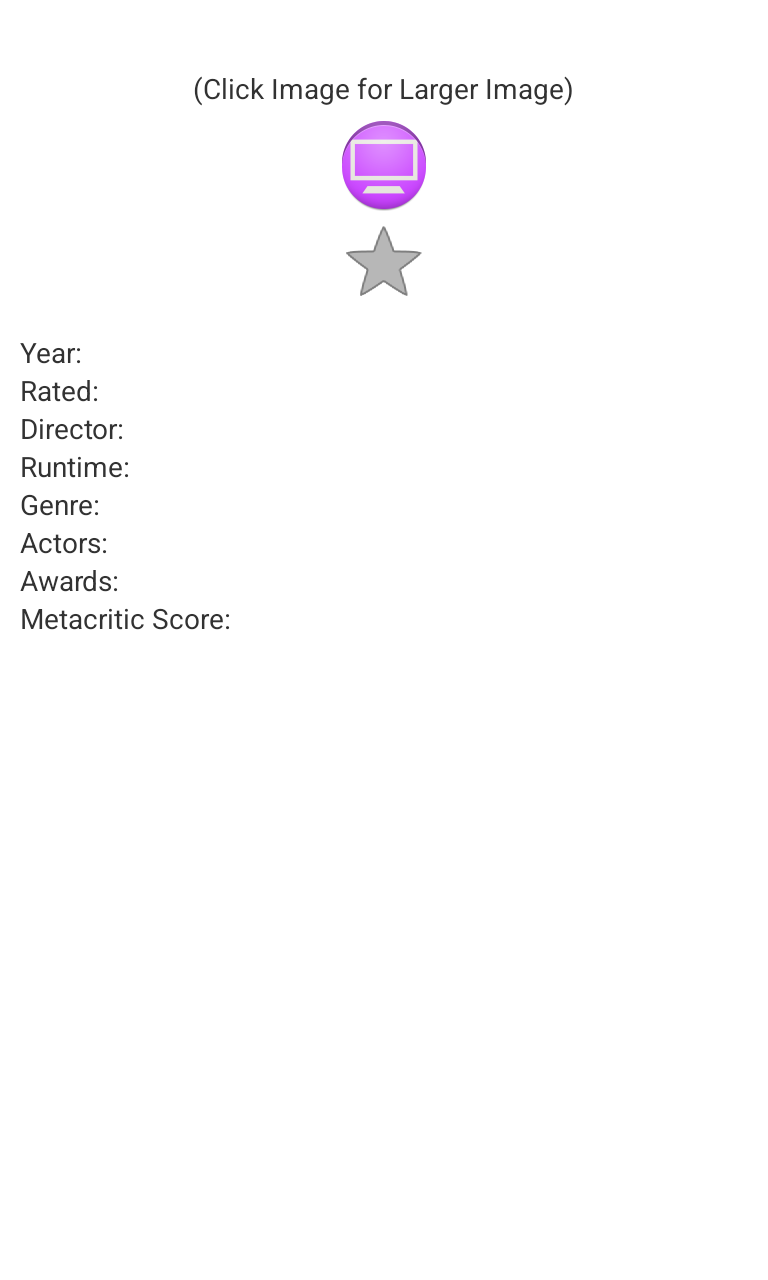
Repository: laurenelder/Java2_Elder
Layout: MovieLookup/res/layout/detail_layout.xml
These files come from the project's save history. The layout is drawn as it stood at one moment and after the next save; the edit follows.
It is drawn on a 768 x 1280 px phone screen (xhdpi) without system bars, with theme AppTheme; the app's code is not run.

Above is the layout before, as saved 2014-07-17 17:32:38.

### MovieLookup/res/layout/detail_layout.xml
<?xml version="1.0" encoding="utf-8"?>
<LinearLayout xmlns:android="http://schemas.android.com/apk/res/android"
    android:layout_width="match_parent"
    android:layout_height="match_parent"
    android:orientation="vertical" >

    <TextView
        android:id="@+id/movieTitle"
        android:layout_width="wrap_content"
        android:layout_height="wrap_content"
        android:layout_gravity="center"
        android:gravity="center"
        android:layout_marginTop="5dp"
        android:text=""
        android:textAppearance="?android:attr/textAppearanceLarge" />

    <TextView
        android:id="@+id/imageHint"
        android:layout_width="wrap_content"
        android:layout_height="wrap_content"
        android:layout_gravity="center"
        android:gravity="center"
        android:layout_marginTop="0dp"
        android:text="@string/image_hint"
        android:textAppearance="?android:attr/textAppearanceSmall" />

    <ImageView
        android:id="@+id/movieImage"
        android:layout_width="wrap_content"
        android:layout_height="wrap_content"
        android:layout_gravity="center"
        android:layout_marginTop="5dp"
        android:src="@drawable/ic_launcher"
        android:clickable="true"
        android:contentDescription="@string/image_desciption" />

    <RatingBar
	    android:id="@+id/ratingBar"
	    android:layout_width="wrap_content"
	    android:layout_height="wrap_content"
	    android:layout_gravity="center"
        android:numStars="1"
	    android:stepSize="1.0"
	    android:rating="0.0" />

    <RelativeLayout
        android:layout_width="match_parent"
        android:layout_height="wrap_content"
        android:layout_marginTop="3dp" >

        <TextView
            android:id="@+id/yearLabel"
            android:layout_width="wrap_content"
            android:layout_height="wrap_content"
            android:layout_marginLeft="10dp"
            android:layout_alignParentLeft="true"
            android:layout_alignParentTop="true"
            android:text="@string/year_str" />

        <TextView
            android:id="@+id/movieYear"
            android:layout_width="220dp"
            android:layout_height="wrap_content"
            android:layout_marginRight="10dp"
            android:layout_alignParentRight="true"
            android:layout_alignParentTop="true"
            android:text="" />

    </RelativeLayout>

    <RelativeLayout
        android:layout_width="match_parent"
        android:layout_height="wrap_content"
        android:layout_marginTop="0dp" >

        <TextView
            android:id="@+id/ratingLabel"
            android:layout_width="wrap_content"
            android:layout_height="wrap_content"
            android:layout_marginLeft="10dp"
            android:layout_alignParentLeft="true"
            android:layout_alignParentTop="true"
            android:text="@string/rated_str" />

        <TextView
            android:id="@+id/movieRating"
            android:layout_width="220dp"
            android:layout_height="wrap_content"
            android:layout_marginRight="10dp"
            android:layout_alignParentRight="true"
            android:layout_alignParentTop="true"
            android:text="" />

    </RelativeLayout>

    <RelativeLayout
        android:layout_width="match_parent"
        android:layout_height="wrap_content"
        android:layout_marginTop="0dp" >

        <TextView
            android:id="@+id/directorLabel"
            android:layout_width="wrap_content"
            android:layout_height="wrap_content"
            android:layout_marginLeft="10dp"
            android:layout_alignParentLeft="true"
            android:layout_alignParentTop="true"
            android:text="@string/director_str" />

        <TextView
            android:id="@+id/movieDirector"
            android:layout_width="220dp"
            android:layout_height="wrap_content"
            android:layout_marginRight="10dp"
            android:layout_alignParentRight="true"
            android:layout_alignParentTop="true"
            android:text="" />

    </RelativeLayout>

    <RelativeLayout
        android:layout_width="match_parent"
        android:layout_height="wrap_content"
        android:layout_marginTop="0dp" >

        <TextView
            android:id="@+id/runtimeLabel"
            android:layout_width="wrap_content"
            android:layout_height="wrap_content"
            android:layout_marginLeft="10dp"
            android:layout_alignParentLeft="true"
            android:layout_alignParentTop="true"
            android:text="@string/runtime_str" />

        <TextView
            android:id="@+id/movieRuntime"
            android:layout_width="220dp"
            android:layout_height="wrap_content"
            android:layout_marginRight="10dp"
            android:layout_alignParentRight="true"
            android:layout_alignParentTop="true"
            android:text="" />

    </RelativeLayout>

    <RelativeLayout
        android:layout_width="match_parent"
        android:layout_height="wrap_content"
        android:layout_marginTop="0dp" >

        <TextView
            android:id="@+id/genreLabel"
            android:layout_width="wrap_content"
            android:layout_height="wrap_content"
            android:layout_marginLeft="10dp"
            android:layout_alignParentLeft="true"
            android:layout_alignParentTop="true"
            android:text="@string/genre_str" />

        <TextView
            android:id="@+id/movieGenre"
            android:layout_width="220dp"
            android:layout_height="wrap_content"
            android:layout_marginRight="10dp"
            android:layout_alignParentRight="true"
            android:layout_alignParentTop="true"
            android:text="" />

    </RelativeLayout>

    <RelativeLayout
        android:layout_width="match_parent"
        android:layout_height="wrap_content"
        android:layout_marginTop="0dp" >

        <TextView
            android:id="@+id/actorLabel"
            android:layout_width="wrap_content"
            android:layout_height="wrap_content"
            android:layout_marginLeft="10dp"
            android:layout_alignParentLeft="true"
            android:layout_alignParentTop="true"
            android:text="@string/actor_str" />

        <TextView
            android:id="@+id/movieActor"
            android:layout_width="220dp"
            android:layout_height="wrap_content"
            android:layout_marginRight="10dp"
            android:layout_alignParentRight="true"
            android:layout_alignParentTop="true"
            android:text="" />

    </RelativeLayout>

    <RelativeLayout
        android:layout_width="match_parent"
        android:layout_height="wrap_content"
        android:layout_marginTop="0dp" >

        <TextView
            android:id="@+id/awardsLabel"
            android:layout_width="wrap_content"
            android:layout_height="wrap_content"
            android:layout_marginLeft="10dp"
            android:layout_alignParentLeft="true"
            android:layout_alignParentTop="true"
            android:text="@string/awards_str" />

        <TextView
            android:id="@+id/movieAwards"
            android:layout_width="220dp"
            android:layout_height="wrap_content"
            android:layout_marginRight="10dp"
            android:layout_alignParentRight="true"
            android:layout_alignParentTop="true"
            android:text="" />

    </RelativeLayout>

    <RelativeLayout
        android:layout_width="match_parent"
        android:layout_height="wrap_content"
        android:layout_marginTop="0dp" >

        <TextView
            android:id="@+id/scoreLabel"
            android:layout_width="wrap_content"
            android:layout_height="wrap_content"
            android:layout_marginLeft="10dp"
            android:layout_alignParentLeft="true"
            android:layout_alignParentTop="true"
            android:text="@string/score_str" />

        <TextView
            android:id="@+id/movieScore"
            android:layout_width="220dp"
            android:layout_height="wrap_content"
            android:layout_marginRight="10dp"
            android:layout_alignParentRight="true"
            android:layout_alignParentTop="true"
            android:text="" />

    </RelativeLayout>

    <TextView
        android:id="@+id/moviePlot"
        android:layout_width="wrap_content"
        android:layout_height="wrap_content"
        android:layout_marginTop="5dp"
        android:layout_marginRight="10dp"
        android:layout_marginLeft="10dp"
        android:layout_gravity="center"
        android:gravity="center"
        android:text="" />

</LinearLayout>

### MovieLookup/res/values/strings.xml
<?xml version="1.0" encoding="utf-8"?>

<!-- MovieLookup -->
<!-- com.laurenelder.movielookup -->
<!-- Devin "Lauren" Elder -->
<!-- Jul 9, 2014 -->
<!-- Java 2 Term 1407 -->

<resources>

    <string name="app_name">Movie Lookup</string>
    <string name="hello_world">Hello world!</string>
    <string name="action_settings">Settings</string>
    <string name="title_text">Search to find all the information on your favorite movies!</string>
    <string name="button_text">Find!</string>
    <string name="search_hint">Star Trek</string>
    <string name="main_api">http://www.omdbapi.com/?s=Star%20Trek_r=JSON</string>
    <string name="pre_detail_api">http://www.omdbapi.com/?i=</string>
    <string name="post_detail_api">_r=JSON</string>
    <string name="input_notification">Please enter a movie you would like to search for.</string>
    <string name="connection_notification">Connection Error: Please check to make sure you have an internet connection.</string>
    <string name="searching_notification">We are searching for your movie</string>
    <string name="details_notification">We are finding the details for your movie</string>
    <string name="file_name">apiJSONdata.txt</string>
    <string name="detail_file_name">.txt</string>
    <string name="n_a">Not Applicable</string>
    <string name="year_str">Year:</string>
    <string name="rated_str">Rated:</string>
    <string name="released_str">Date Released:</string>
    <string name="runtime_str">Runtime:</string>
    <string name="genre_str">Genre:</string>
    <string name="director_str">Director:</string>
    <string name="actor_str">Actors:</string>
    <string name="awards_str">Awards:</string>
    <string name="score_str">Metacritic Score:</string>
    <string name="image_hint">(Click Image for Larger Image)</string>
    <string name="image_desciption">Movie Poster</string>

</resources>

Loaded but not shown: MovieLookup/res/values/styles.xml (common file); MovieLookup/res/values-v11/styles.xml (common file); MovieLookup/res/values-v14/styles.xml (common file)

After the next save:
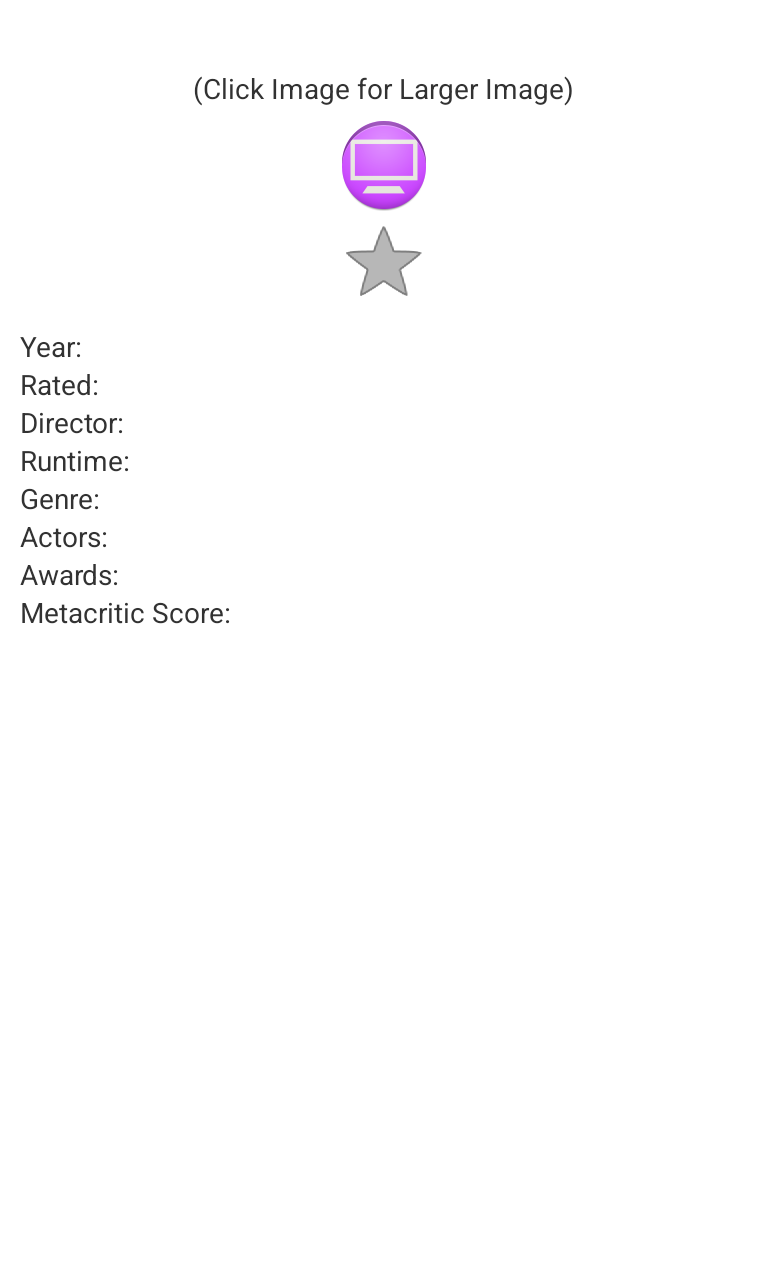
Saved 71 s later.
--- a/MovieLookup/res/layout/detail_layout.xml
+++ b/MovieLookup/res/layout/detail_layout.xml
@@ -46,7 +46,7 @@
     <RelativeLayout
         android:layout_width="match_parent"
         android:layout_height="wrap_content"
-        android:layout_marginTop="3dp" >
+        android:layout_marginTop="0dp" >
 
         <TextView
             android:id="@+id/yearLabel"
@@ -247,7 +247,7 @@
         android:id="@+id/moviePlot"
         android:layout_width="wrap_content"
         android:layout_height="wrap_content"
-        android:layout_marginTop="5dp"
+        android:layout_marginTop="2dp"
         android:layout_marginRight="10dp"
         android:layout_marginLeft="10dp"
         android:layout_gravity="center"
